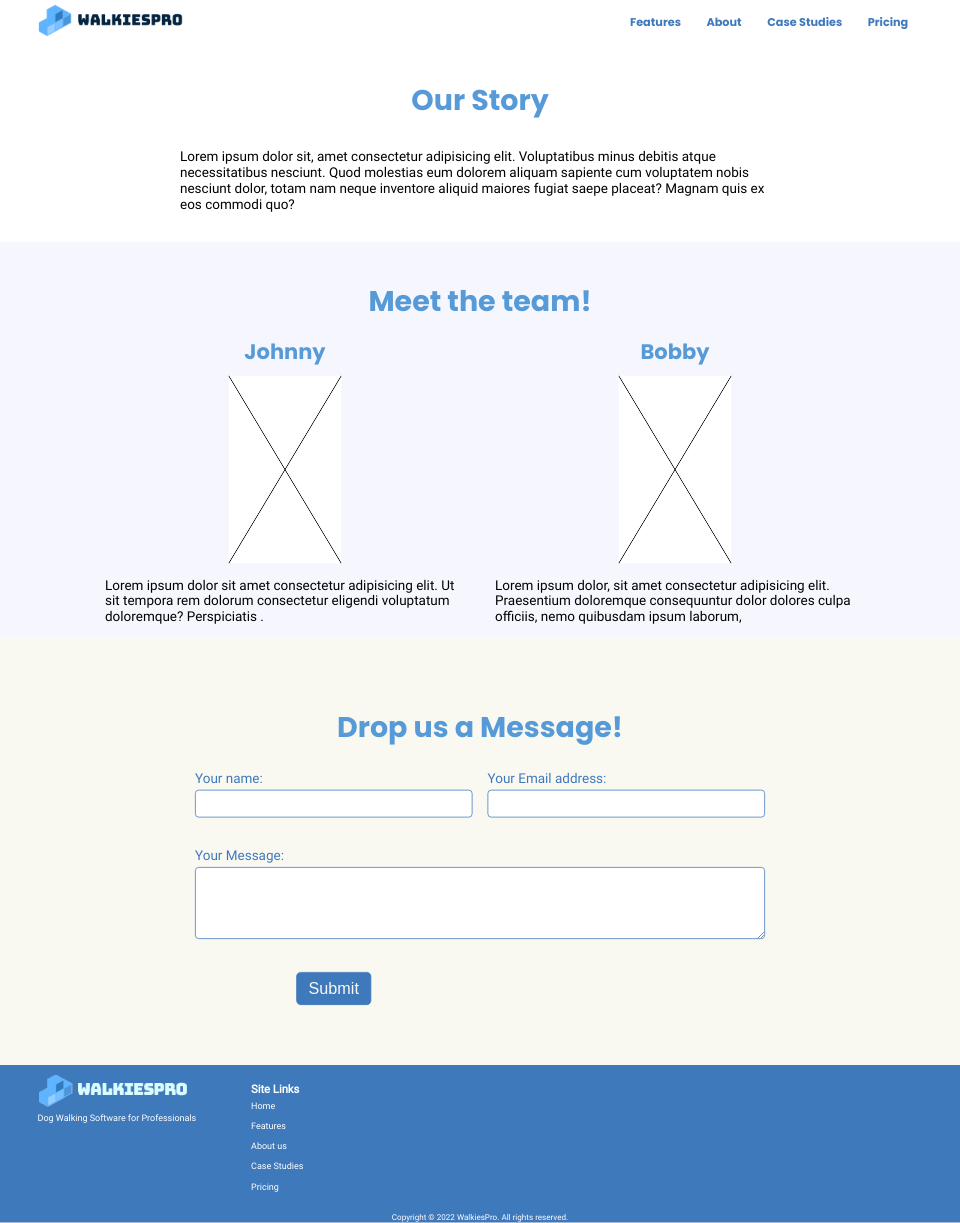
Repository: StevieC87/LAYOUT4
Page: about-us.html
These files come from the project's save history. The page is drawn as it stood at one moment and after the next save; the edit follows.
The browser window is 1280 px wide. The pictures show the whole page, at 75% of full size.

Above is the page before, as saved 2022-01-04 22:13:18.

After the next save:
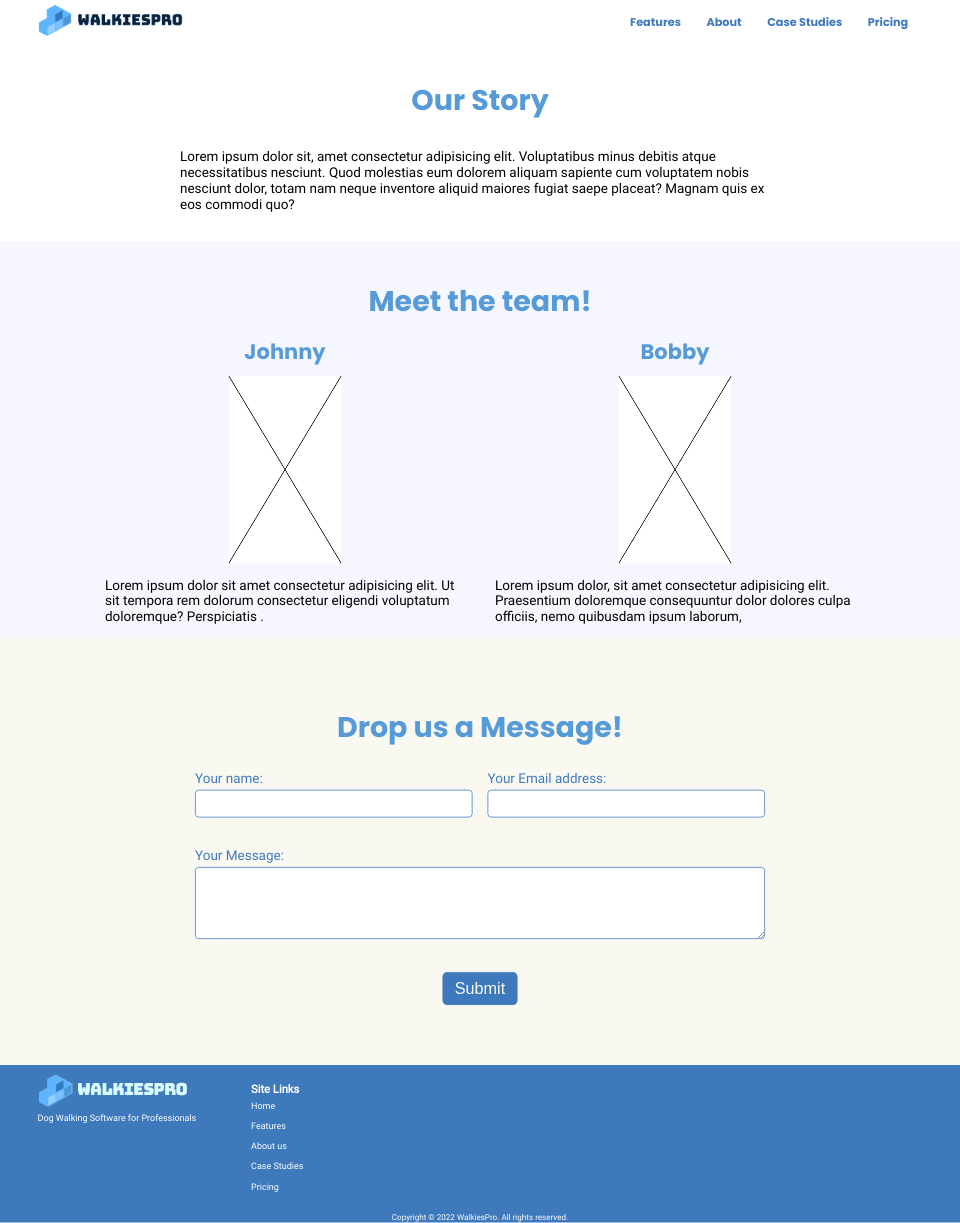
Saved 15 s later.
--- a/css/aboutus.css
+++ b/css/aboutus.css
@@ -85,6 +85,7 @@ ABOUT US
 }
 
 .centerbtngrid {
+  grid-column: 1/-1;
   justify-self: center;
 }
 input,
